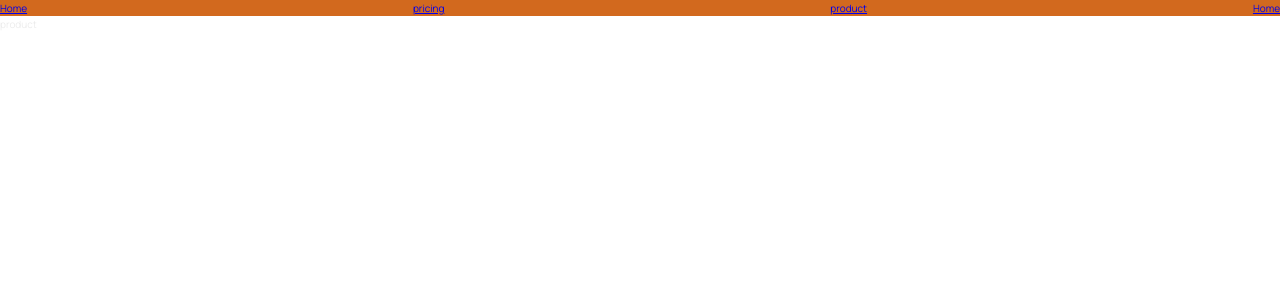
Repository: ayakhaled0001/worldwise
Page: /product
The author's editor kept a copy of each file at every save. The page is drawn from the files as they stood at one save, then again after the next save.
The browser window is 1280 px wide. The pictures show the whole page.
Some web libraries are served in a nearby version. The project was rebuilt for these pictures with package versions that can differ from the ones it lists, and the page was loaded fresh each time. Also part of the build but not shown: vite.config.js, src/pages/Homepage.jsx, src/pages/Pricing.jsx, src/pages/PageNotFound.jsx, src/components/AppNav.module.css, src/components/AppNav.jsx, src/pages/AppLayout.jsx.

Above is the page before, as saved 2025-01-29 22:08:58.

### src/App.jsx
import { BrowserRouter, Route, Routes } from "react-router-dom";
import Product from "./pages/Product";
import Homepage from "./pages/Homepage";
import Pricing from "./pages/Pricing";
import PageNotFound from "./pages/PageNotFound";
import AppLayout from "./pages/AppLayout";
function App() {
  return (
    <BrowserRouter>
      <Routes>
        <Route path="/" element={<Homepage />} />
        <Route path="pricing" element={<Pricing />} />
        <Route path="product" element={<Product />} />
        <Route path="app" element={<AppLayout />} />
        <Route path="*" element={<PageNotFound />} />
      </Routes>
    </BrowserRouter>
  );
}

export default App;

### src/pages/Product.jsx
import PageNav from "../components/PageNav";
function Product() {
  return (
    <div>
      <PageNav />
      product
    </div>
  );
}

export default Product;

### src/components/PageNav.jsx
import { NavLink } from "react-router-dom";
import styles from "./PageNav.module.css";
function PageNav() {
  return (
    <nav className={styles.nav}>
      <ul className={styles.ul}>
        <li>
          <NavLink to="/">Home</NavLink>
        </li>
        <li>
          <NavLink to="/pricing">pricing</NavLink>
        </li>
        <li>
          <NavLink to="/product">product</NavLink>
        </li>
        <li>
          <NavLink to="/">Home</NavLink>
        </li>
      </ul>
    </nav>
  );
}

export default PageNav;

### src/components/PageNav.module.css
.nav {
  background-color: chocolate;
}

.ul {
  list-style: none;
  display: flex;
  justify-content: space-between;
}

Loaded but not shown: index.html (common file); src/main.jsx (common file); src/index.css (common file)

After the next save:
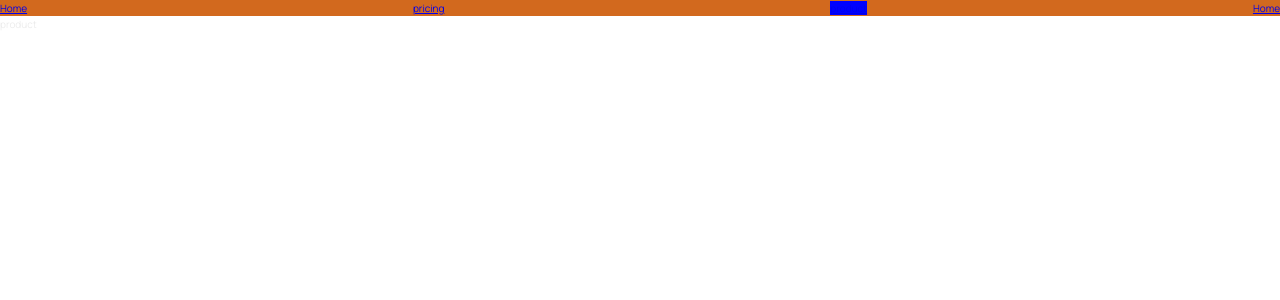
Saved 12 s later.
--- a/src/components/PageNav.module.css
+++ b/src/components/PageNav.module.css
@@ -7,3 +7,7 @@
   display: flex;
   justify-content: space-between;
 }
+
+.nav :global(.active) {
+  background-color: blue;
+}
